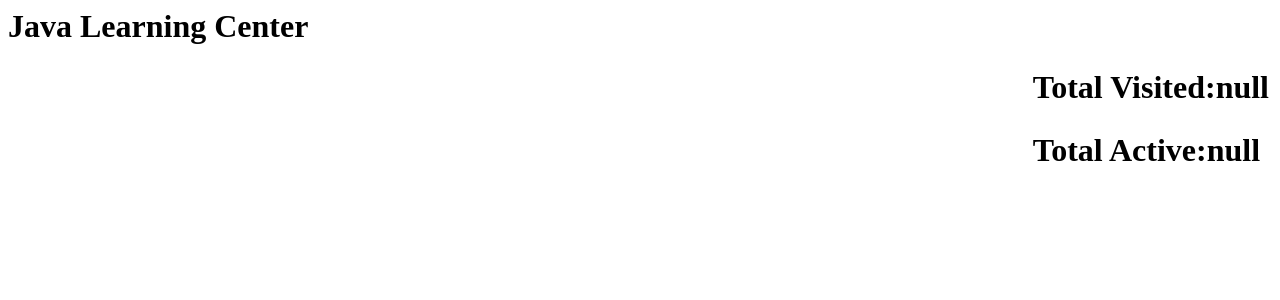
Repository: kuldeepyadav908/Java_Servlet
Page: http://localhost/Lab23/
The author's editor kept a copy of each file at every save. The page is drawn from the files as they stood at one save, then again after the next save.
The browser window is 1280 px wide. The pictures show the whole page.
The page is served by Tomcat 9. Other server files are loaded and not shown.

Above is the page before, as saved 2016-11-24 16:30:56.

### Lab23/WebContent/index.jsp
<html>
	<body>
		<h1>Java Learning Center</h1>
		<table align="right">
			<tr>
				<td>
					<h1>Total Visited:<%=application.getAttribute("TV") %></h1>
				</td>
			</tr>

			<tr>
				<td>
					<h1>Total Active:<%=application.getAttribute("TA") %></h1>
				</td>
			</tr>
		</table>
	</body>
</html>

After the next save:
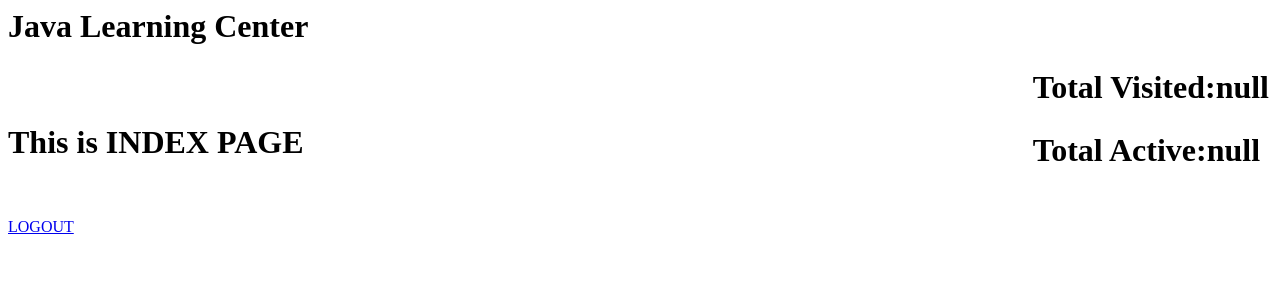
Saved 3 min 1 s later.
--- a/Lab23/WebContent/index.jsp
+++ b/Lab23/WebContent/index.jsp
@@ -14,5 +14,11 @@
 				</td>
 			</tr>
 		</table>
+			<br/>
+				<br/>
+					<h1>This is INDEX PAGE</h1>
+				<br/>
+			<br/>
+		<a href="logout.jlc">LOGOUT</a>
 	</body>
 </html>
